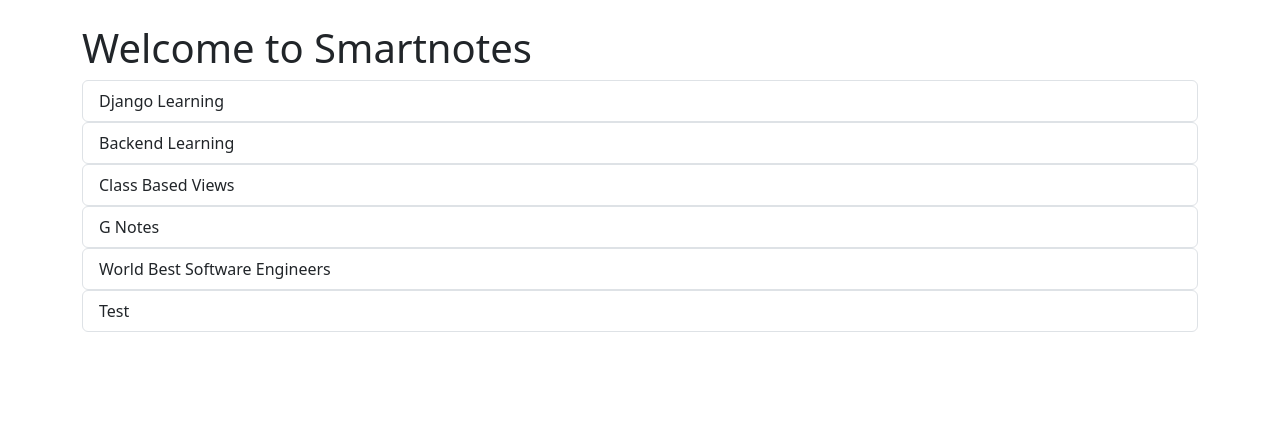
Repository: Mbote-Joseph/Django-Recap
Page: http://localhost/notes
An editor plug-in stored every save of this project. The page is shown before and after the next save, followed by the edit.
The browser window is 1280 px wide. The pictures show the whole page.
Some web libraries are served in a nearby version. The page is served by the project's application, run on Django 5.2 (manage.py). Other server files are loaded and not shown. The page reads the database file committed with the project.

Above is the page before, as saved 2025-12-13 23:23:40.

### smartnotes/notes/templates/notes/notes_list.html
{% extends "base.html" %}


{% block content %}
 <div class="container mt-4">
        <h1>Welcome to Smartnotes</h1>
        {% for note in notes %}
            <div class="list-group">
                <a href="{% url 'note.details' pk=note.id %}" class="list-group-item list-group-item-action" aria-current="true">
                    {{note.title}}
                </a>


            </div>
        {% endfor %}
</div>

{% endblock %}

### smartnotes/static/templates/base.html
{% load static %}

<!doctype html>
<html lang="en">
  <head>
    <meta charset="utf-8">
    <meta name="viewport" content="width=device-width, initial-scale=1">
    <title> Django Home </title>
    <link href="https://cdn.jsdelivr.net/npm/bootstrap@5.3.8/dist/css/bootstrap.min.css" rel="stylesheet" integrity="sha384-sRIl4kxILFvY47J16cr9ZwB07vP4J8+LH7qKQnuqkuIAvNWLzeN8tE5YBujZqJLB" crossorigin="anonymous">
    <script src="https://kit.fontawesome.com/08bbcc70b0.js" crossorigin="anonymous"></script>
  </head>
  <body>
    {% block content %}

      {% endblock %}
    <script src="https://cdn.jsdelivr.net/npm/bootstrap@5.3.8/dist/js/bootstrap.bundle.min.js" integrity="sha384-FKyoEForCGlyvwx9Hj09JcYn3nv7wiPVlz7YYwJrWVcXK/BmnVDxM+D2scQbITxI" crossorigin="anonymous"></script>

  </body>
</html>

### smartnotes/notes/models.py
from django.db import models

# Create your models here.
class Notes(models.Model):
    title = models.CharField(max_length=200)
    text = models.TextField()
    created = models.DateTimeField(auto_now_add=True)
    likes = models.PositiveSmallIntegerField(default=0)

### smartnotes/notes/views.py
from django.shortcuts import render
from django.db import models
from django.template.context_processors import request
from django.http import Http404
from django.apps import apps
from django.views.generic import ListView, DetailView, CreateView

from .models import Notes
# Create your views here.

class NotesListView(ListView):
    model = Notes
    context_object_name = "notes"
    template_name = 'notes/notes_list.html'

class PopularNotesListView(ListView):
    model = Notes
    context_object_name = "notes"
    template_name = 'notes/notes_list.html'
    queryset = Notes.objects.filter(likes__gt = 3)

class NotesDetailView(DetailView):
    model = Notes
    context_object_name = "note"
    template_name = 'notes/note_detail.html'

class NoteCreateView(CreateView):
    model = Notes
    fields = '__all__'
    template_name = 'notes/note_form.html' # Create this template in your templates folder
    success_url = '/notes' # Change to your success URL name
    # Optional: Override http_method_names if you only want 'get' and 'post'
    http_method_names = ['get', 'post', 'head', 'options']

# def list(request):
#     all_notes = Notes.objects.all()
#     return render(request, 'notes/notes_list.html', {'notes': all_notes})

# def note_details(request, pk):
#     try:
#         note_detail = Notes.objects.get(pk=pk)
#     except Notes.DoesNotExist:
#         raise Http404("Note Doesn't exist")
#     return render(request, 'notes/note_detail.html', {'note_detail': note_detail})

### smartnotes/smartnotes/urls.py
"""
URL configuration for smartnotes project.

The `urlpatterns` list routes URLs to views. For more information please see:
    https://docs.djangoproject.com/en/6.0/topics/http/urls/
Examples:
Function views
    1. Add an import:  from my_app import views
    2. Add a URL to urlpatterns:  path('', views.home, name='home')
Class-based views
    1. Add an import:  from other_app.views import Home
    2. Add a URL to urlpatterns:  path('', Home.as_view(), name='home')
Including another URLconf
    1. Import the include() function: from django.urls import include, path
    2. Add a URL to urlpatterns:  path('blog/', include('blog.urls'))
"""
from django.contrib import admin
from django.urls import path, include


urlpatterns = [
    path('admin/', admin.site.urls),
    path('', include("home.urls"), name='homepage'),
    path('books', include("books.urls")),
    path('notes', include("notes.urls"))
]

### smartnotes/home/urls.py
# Copyright 2025 josephmbote
#
# Licensed under the Apache License, Version 2.0 (the "License");
# you may not use this file except in compliance with the License.
# You may obtain a copy of the License at
#
#     https://www.apache.org/licenses/LICENSE-2.0
#
# Unless required by applicable law or agreed to in writing, software
# distributed under the License is distributed on an "AS IS" BASIS,
# WITHOUT WARRANTIES OR CONDITIONS OF ANY KIND, either express or implied.
# See the License for the specific language governing permissions and
# limitations under the License.

from django.urls import path
from . import views

urlpatterns = [
    path('home', views.HomeView.as_view(), name='home'),
    path('', views.WelcomeView.as_view(), name='welcome')
]

### smartnotes/books/urls.py
from django.urls import path
from . import views

urlpatterns = [
    path('',views.BooksListView.as_view(), name='books.list'),
    path('/<int:pk>',views.BookDetailsView.as_view(), name='book.details'),
    path('/bookform', views.BookCreateView.as_view(), name='book.create')
]

### smartnotes/notes/urls.py
from notes.views import PopularNotesListView
# Copyright 2025 josephmbote
#
# Licensed under the Apache License, Version 2.0 (the "License");
# you may not use this file except in compliance with the License.
# You may obtain a copy of the License at
#
#     https://www.apache.org/licenses/LICENSE-2.0
#
# Unless required by applicable law or agreed to in writing, software
# distributed under the License is distributed on an "AS IS" BASIS,
# WITHOUT WARRANTIES OR CONDITIONS OF ANY KIND, either express or implied.
# See the License for the specific language governing permissions and
# limitations under the License.

from django.urls import path
from . import views

urlpatterns = [
    path('', views.NotesListView.as_view(), name='notes'),
    path('/<int:pk>', views.NotesDetailView.as_view(), name='note.details'),
    path('/popular', views.PopularNotesListView.as_view(), name='popular.notes'),
    path('/noteform', views.NoteCreateView.as_view(), name='note.create')

]

### smartnotes/db.sqlite3 (the tables this page reads, as SQL)
CREATE TABLE "notes_notes" ("id" integer NOT NULL PRIMARY KEY AUTOINCREMENT, "title" varchar(200) NOT NULL, "text" text NOT NULL, "created" datetime NOT NULL, "likes" smallint unsigned NOT NULL CHECK ("likes" >= 0), "user_id" integer NOT NULL REFERENCES "auth_user" ("id") DEFERRABLE INITIALLY DEFERRED, "is_public" bool NOT NULL);
INSERT INTO "notes_notes" VALUES
(1, 'Django Learning', 'Django is very interesting', '2025-12-12 15:42:57.632563', 0, 1, 0),
(2, 'Backend Learning', 'This course will help me to develop Systems Backends', '2025-12-12 15:49:53.115529', 8, 1, 0),
(3, 'Class Based Views', 'The Class Based Views  with Many Likes', '2025-12-12 20:44:22.586927', 6, 1, 0),
(5, 'G Notes', 'your personal Notes', '2025-12-13 20:24:58.680277', 6, 1, 0),
(6, 'World Best Software Engineers', 'The world News Days Test', '2025-12-13 21:41:37.641205', 10, 1, 0),
(7, 'Test', 'test', '2025-12-13 23:05:00.121196', 7, 2, 0);

After the next save:
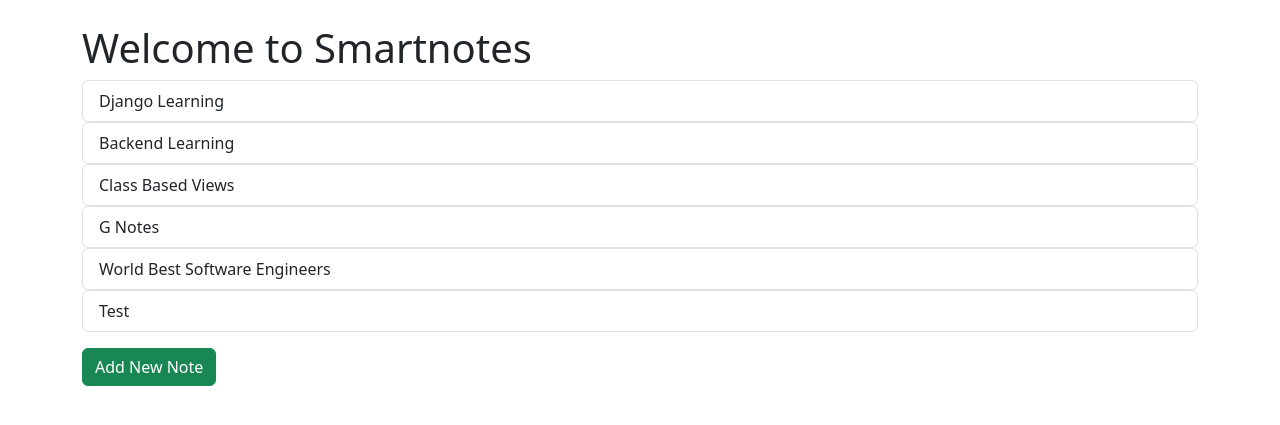
Saved 23 s later.
--- a/smartnotes/notes/templates/notes/notes_list.html
+++ b/smartnotes/notes/templates/notes/notes_list.html
@@ -9,10 +9,10 @@
                 <a href="{% url 'note.details' pk=note.id %}" class="list-group-item list-group-item-action" aria-current="true">
                     {{note.title}}
                 </a>
-
-
             </div>
         {% endfor %}
+
+        <a href="{% url 'note.create' %}" class="btn btn-success mt-3"> Add New Note </a>
 </div>
 
 {% endblock %}
